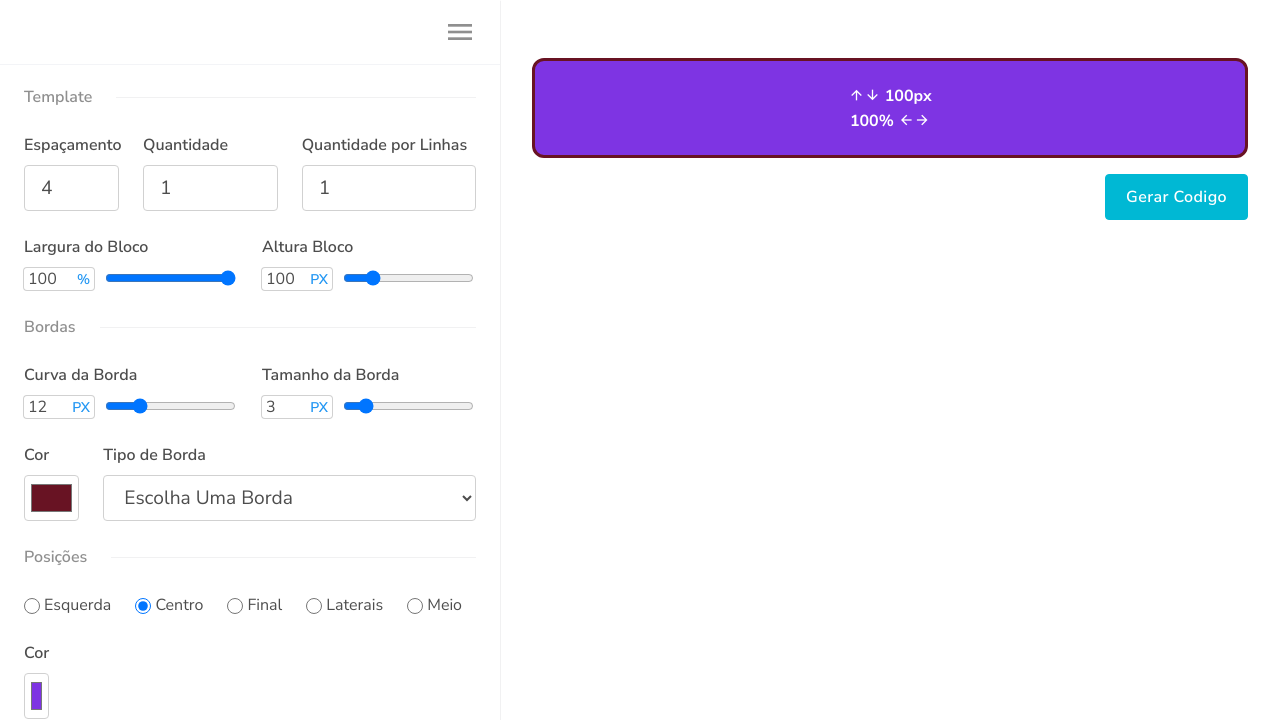
Repository: Flintdl/lowcode-elements
Page: /
An editor plug-in stored every save of this project. The page is shown before and after the next save, followed by the edit.
The browser window is 1280 px wide. The pictures show the whole page.
The project was rebuilt for these pictures with package versions that can differ from the ones it lists, and the page was loaded fresh each time. Also part of the build but not shown: vue.config.js.

Above is the page before, as saved 2022-04-05 15:08:31.

After the next save:
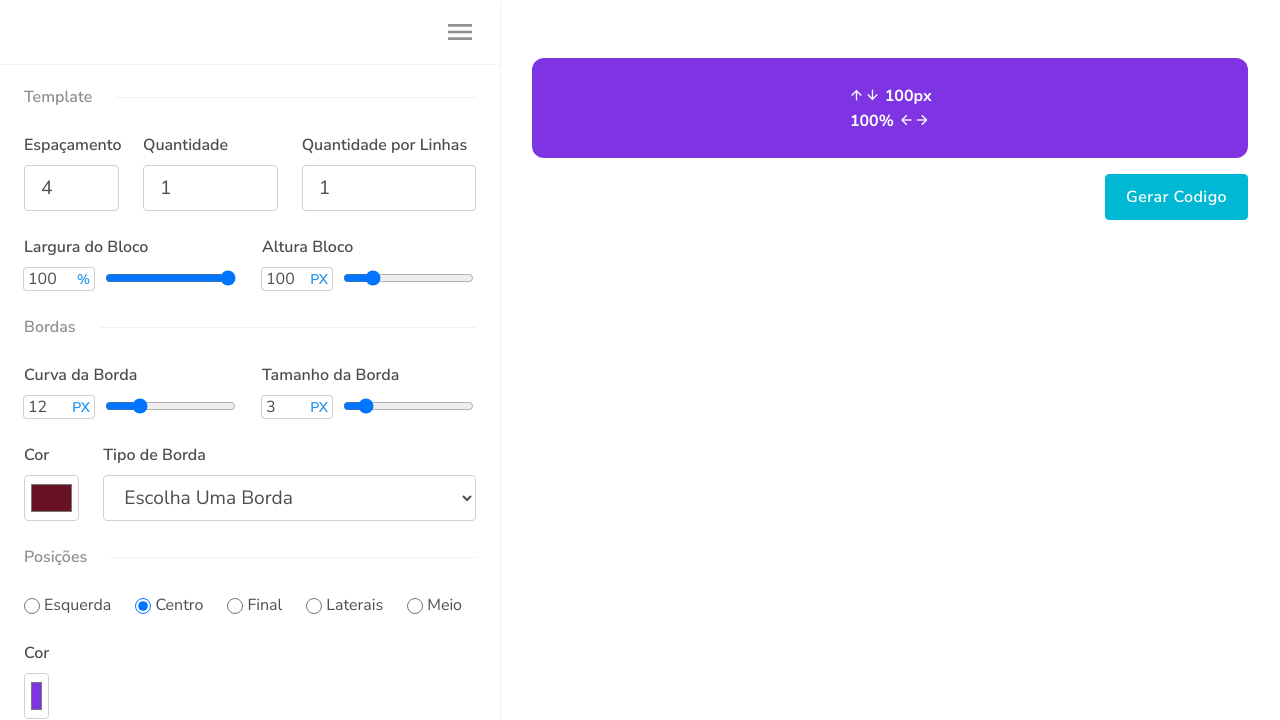
Saved 16 s later.
--- a/src/views/HomeView.vue
+++ b/src/views/HomeView.vue
@@ -82,6 +82,7 @@ export default {
     inputColor: String,
     inputBorder: String,
     inputBorderColor: String,
+    inputBorderTipo: String,
   },
   computed: {
     cssProps() {
@@ -92,7 +93,11 @@ export default {
         height: this.valorHeight + "px",
         "border-radius": this.inputBorderRadius + "px",
         "background-color": this.inputColor,
-        border: this.inputBorder + "px" + " solid " + this.inputBorderColor,
+        border:
+          this.inputBorder +
+          "px" +
+          this.inputBorderTipo +
+          this.inputBorderColor,
       };
     },
     gapProps() {
